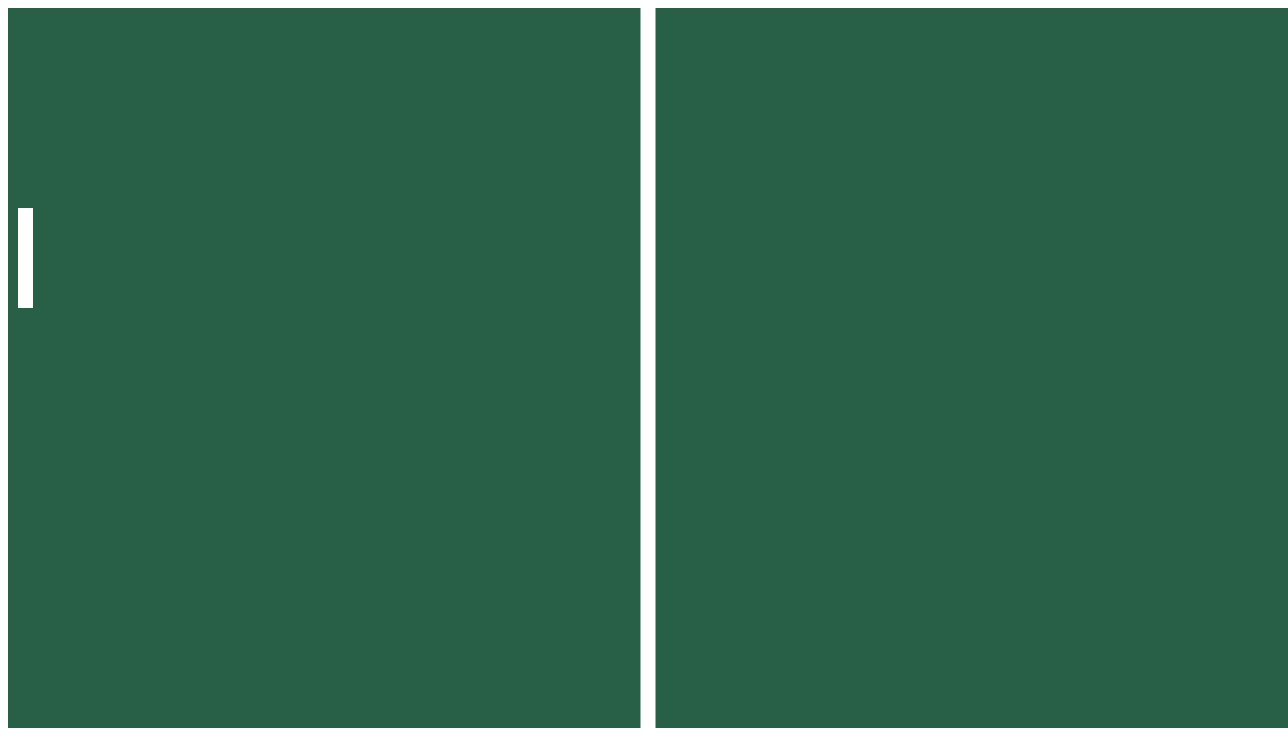
Repository: luizgaivaa/Game
Page: index.html
The author's editor kept a copy of each file at every save. The page is drawn from the files as they stood at one save, then again after a run of saves.
The browser window is 1280 px wide. The page is 1288 px wide, so the pictures cover 1288 px, including what lies to the right of the window. The pictures show the whole page.

Above is the page before, as saved 2024-03-26 16:20:26.

### index.html
<!DOCTYPE html>
<html lang="en">
<head>
    <meta charset="UTF-8">
    <meta name="viewport" content="width=device-width, initial-scale=1.0">
    <title>Ping_pong</title>
</head>
<body>
    <canvas></canvas>
        <script>
               const canvasEl = document.querySelector("canvas")
        const canvasCtx = canvasEl.getContext("2d")

        const lineWidth = 15
        function setup(){
            canvasEl.width = canvasCtx.width = window.innerWidth
            canvasEl.height = canvasCtx.height = window.innerHeight
        }

        function draw (){
            canvasCtx.fillStyle = "#286047"
            canvasCtx.fillRect(0,0, window.innerWidth, window.innerHeight)

            canvasCtx.fillStyle = "#ffffff"
            const x= window.innerWidth /2 - lineWidth /2
            const y = 0
            const w = lineWidth
            const h = window.innerHeight

            canvasCtx.fillRect(x,y,w,h)
            //raquete esquerda
            canvasCtx.fillRect(10,200,lineWidth,100)

            //raquete direita
            canvasCtx.fillRect(window.innerHeght - lineWidth - 10, 200, lineWidth, 100)


        }
        setup()
        draw()
        </script>


</body>
</html>

After the next 2 saves:
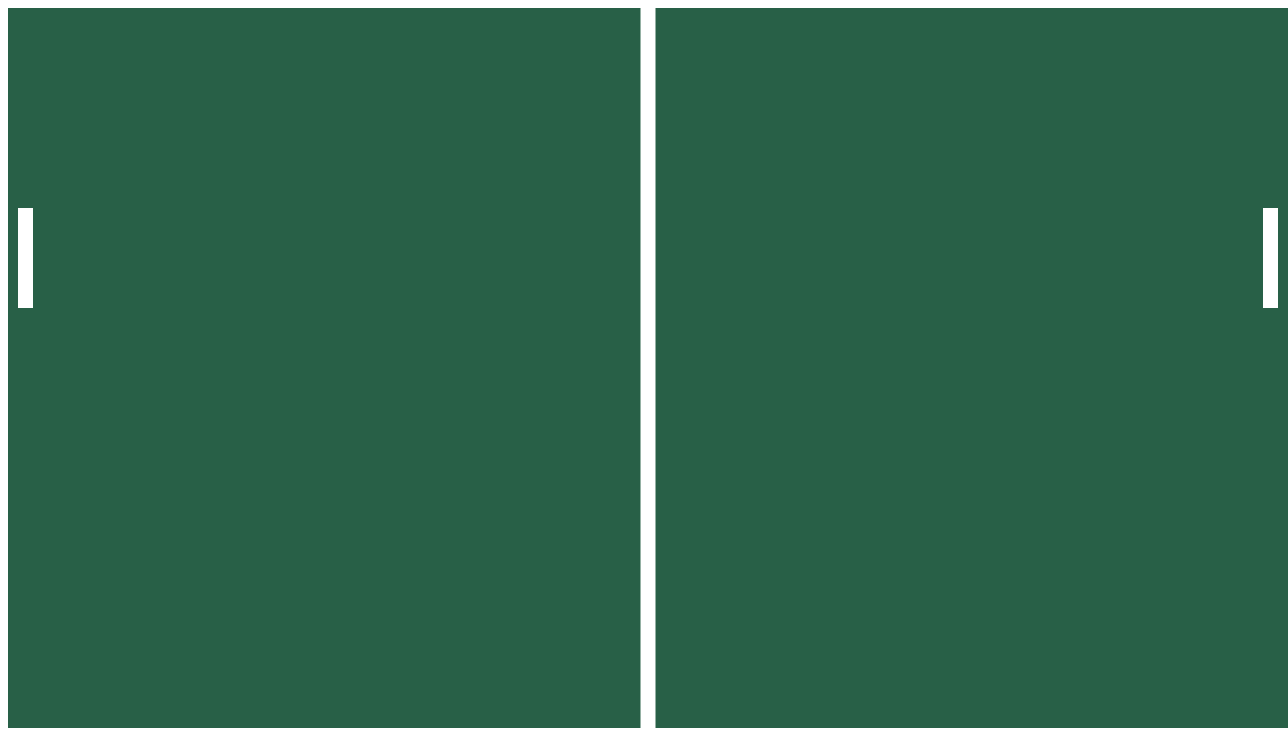
The 2 saves are shown as one change because they came seconds apart.
The last was saved 7 s later.
--- a/index.html
+++ b/index.html
@@ -32,7 +32,7 @@
             canvasCtx.fillRect(10,200,lineWidth,100)
 
             //raquete direita
-            canvasCtx.fillRect(window.innerHeght - lineWidth - 10, 200, lineWidth, 100)
+            canvasCtx.fillRect(window.innerWidth - lineWidth - 10, 200, lineWidth, 100)
 
 
         }
